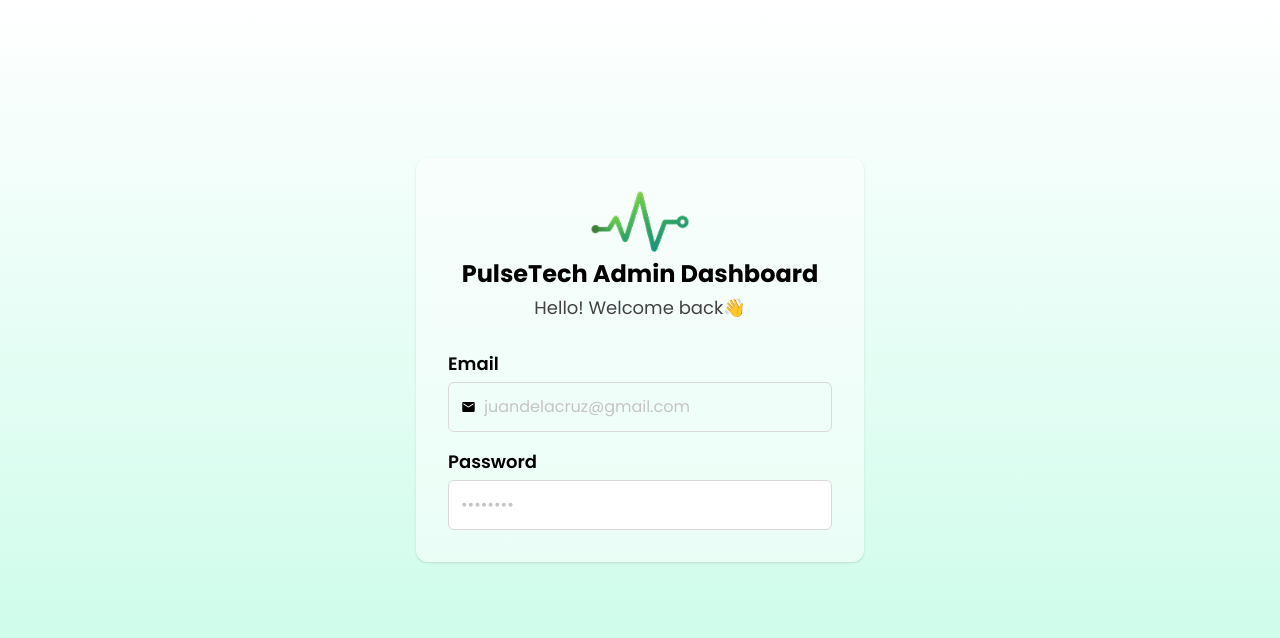
Repository: ShyrineJardin/pulse_admin
Page: /
These files come from the project's save history. The page is drawn as it stood at one moment and after a run of saves; the edit follows.
The browser window is 1280 px wide. The pictures show the whole page.
The project was rebuilt for these pictures with package versions that can differ from the ones it lists, and the page was loaded fresh each time.

Above is the page before, as saved 2026-03-25 11:13:15.

After the next 2 saves:
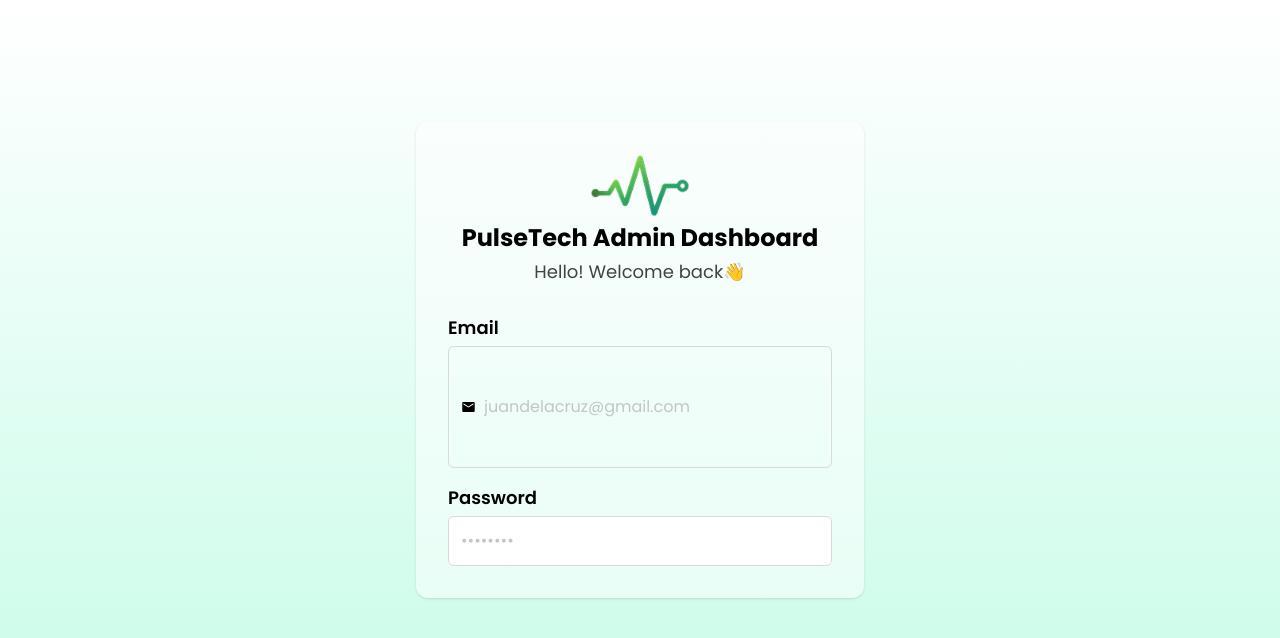
The 2 saves are shown as one change because they came seconds apart.
The last was saved 25 s later.
--- a/src/components/Login.jsx
+++ b/src/components/Login.jsx
@@ -15,7 +15,7 @@
                         <div className="flex flex-col gap-1">
                             <h3 className="text-left font-semibold text-lg">Email</h3>
                             <div className="flex items-center gap-2 bg-#F6F6F6 p-3 border border-[#D9D9D9] rounded-md focus-within:ring-2 focus-within:ring-primary">
-                                <MdEmail className="" />
+                                <MdEmail className="h-24" />
                                 <input type="email" placeholder="juandelacruz@gmail.com" className=" placeholder:text-[#C5C5C5] bg-transparent outline-none w-full" />
                             </div>
                         </div>

After the 2 saves that followed:
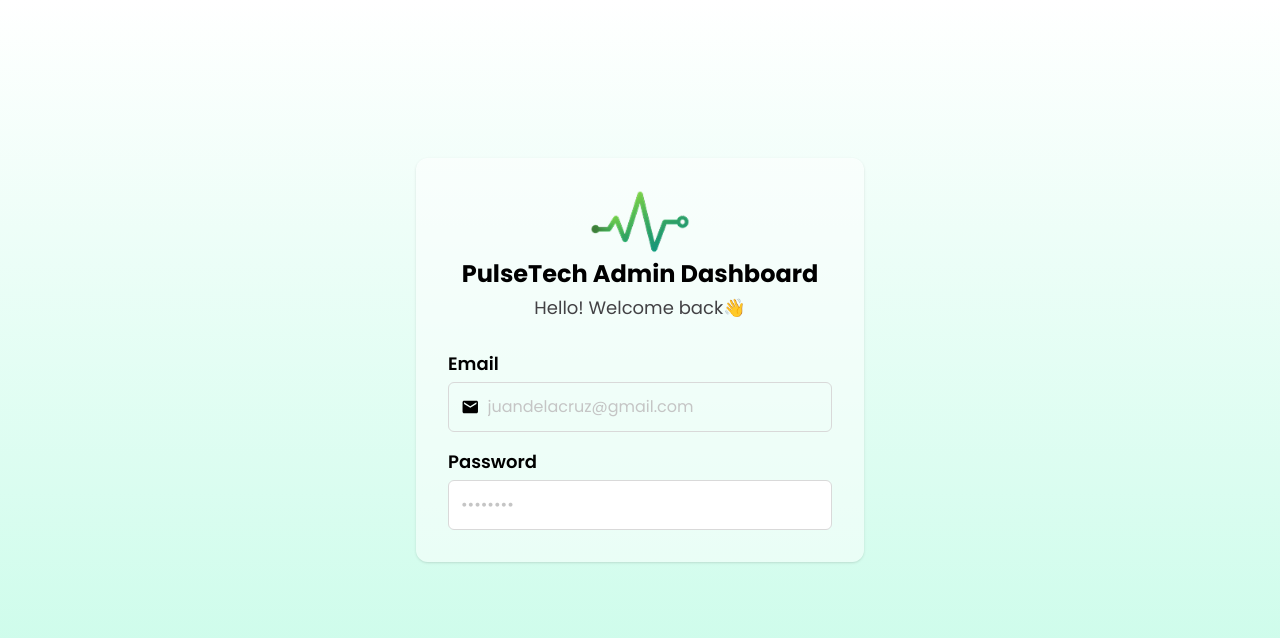
The 2 saves are shown as one change because they came seconds apart.
The last was saved 6 s later.
--- a/src/components/Login.jsx
+++ b/src/components/Login.jsx
@@ -15,7 +15,7 @@
                         <div className="flex flex-col gap-1">
                             <h3 className="text-left font-semibold text-lg">Email</h3>
                             <div className="flex items-center gap-2 bg-#F6F6F6 p-3 border border-[#D9D9D9] rounded-md focus-within:ring-2 focus-within:ring-primary">
-                                <MdEmail className="h-24" />
+                                <MdEmail className="h-5 w-5" />
                                 <input type="email" placeholder="juandelacruz@gmail.com" className=" placeholder:text-[#C5C5C5] bg-transparent outline-none w-full" />
                             </div>
                         </div>
